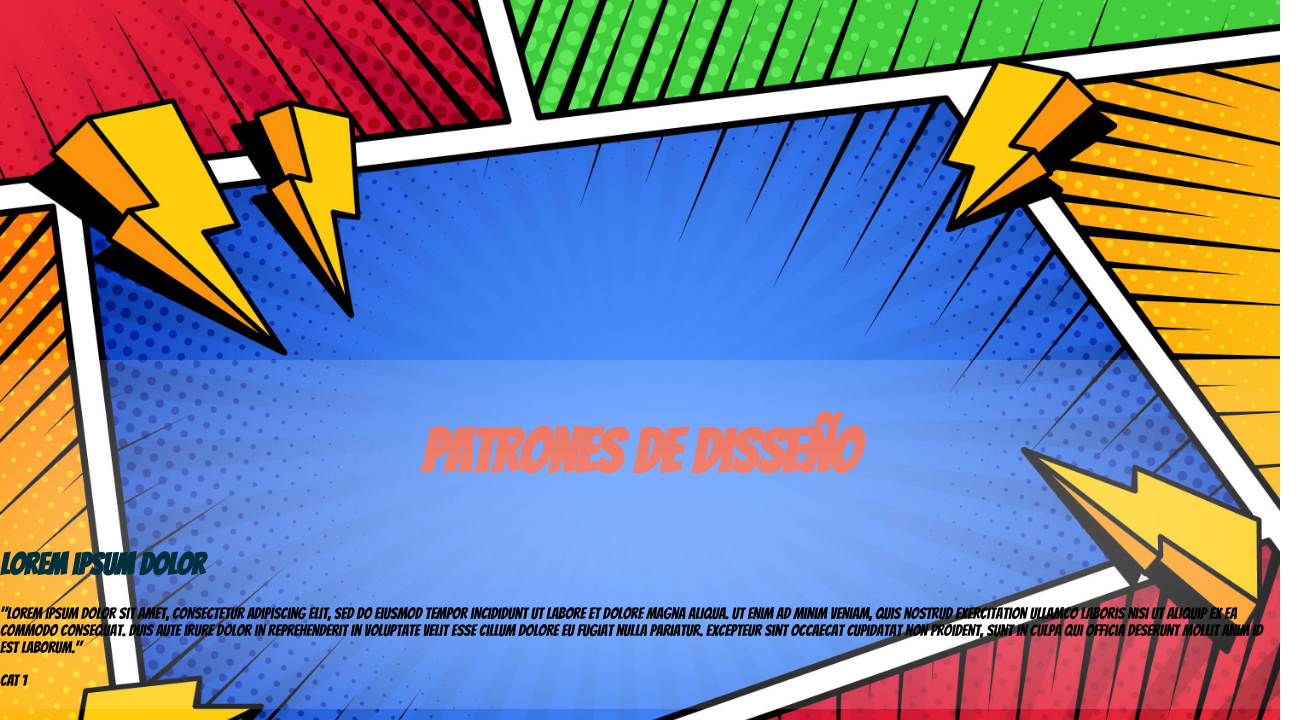
Repository: nrsWebs/design-pattern-es
Page: index.html
An editor plug-in stored every save of this project. The page is shown before and after the next save, followed by the edit.
The browser window is 1280 px wide. The page is 1300 px wide, so the pictures cover 1300 px, including what lies to the right of the window. The pictures show the whole page.

Above is the page before, as saved 2021-02-06 19:51:20.

After the next save:
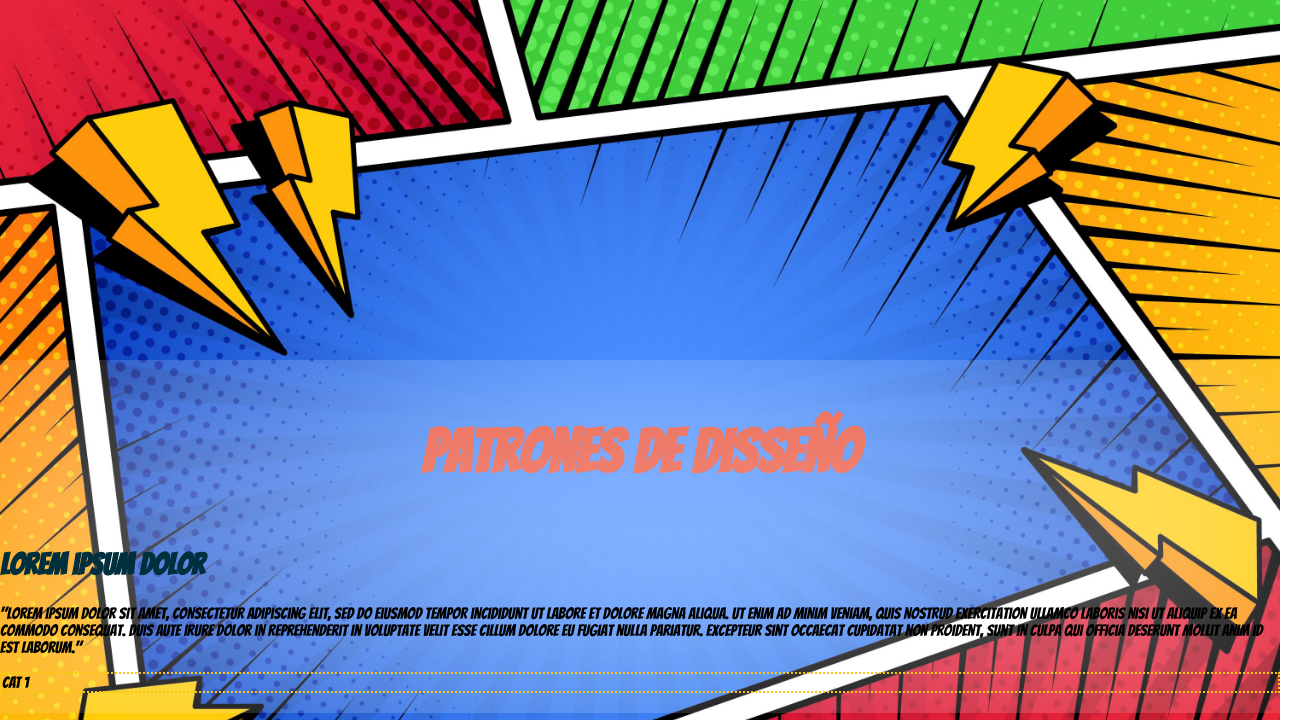
Saved 8 s later.
--- a/source/main.css
+++ b/source/main.css
@@ -55,7 +55,7 @@ h2{
 }
 .button {
     box-sizing: border-box;
-    border: 2px dotted var(--);
+    border: 2px dotted var(--button);
 }
 /* GLASS EFFECT */
 .glass{
